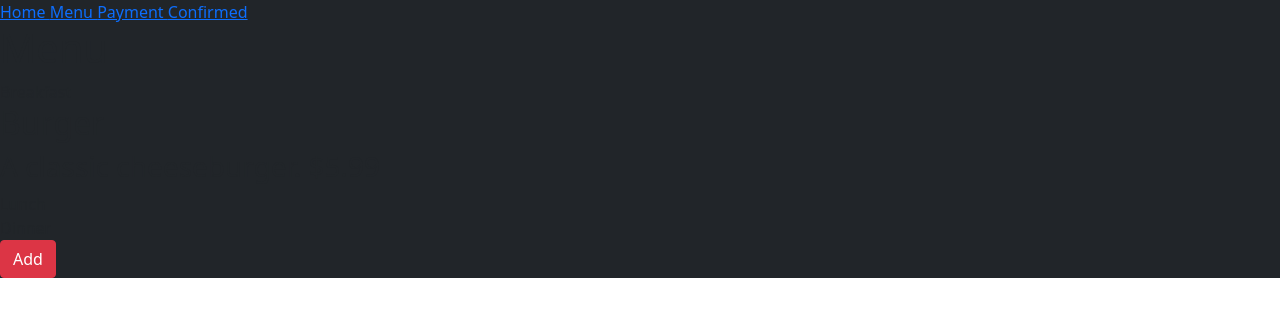
Repository: JoshuaN18/restaurantPOS
Page: /menu (app in Frontend/)
An editor plug-in stored every save of this project. The page is shown before and after the next save, followed by the edit.
The browser window is 1280 px wide. The pictures show the whole page.
The project was rebuilt for these pictures with package versions that can differ from the ones it lists, and the page was loaded fresh each time. Also part of the build but not shown: Frontend/src/App.css, Frontend/src/components/Homepage.js, Frontend/src/components/Payment.js, Frontend/src/components/Confirmation.js.

Above is the page before, as saved 2022-07-23 15:58:22.

### Frontend/public/index.html
<!DOCTYPE html>
<html lang="en">
  <head>
    <meta charset="utf-8" />
    <link rel="icon" href="%PUBLIC_URL%/favicon.ico" />
    <meta name="viewport" content="width=device-width, initial-scale=1" />
    <meta name="theme-color" content="#000000" />
    <meta
      name="description"
      content="Web site created using create-react-app"
    />
    <link rel="apple-touch-icon" href="%PUBLIC_URL%/logo192.png" />
    <!--
      manifest.json provides metadata used when your web app is installed on a
      user's mobile device or desktop. See https://developers.google.com/web/fundamentals/web-app-manifest/
    -->
    <link rel="manifest" href="%PUBLIC_URL%/manifest.json" />
    <!--
      Notice the use of %PUBLIC_URL% in the tags above.
      It will be replaced with the URL of the `public` folder during the build.
      Only files inside the `public` folder can be referenced from the HTML.

      Unlike "/favicon.ico" or "favicon.ico", "%PUBLIC_URL%/favicon.ico" will
      work correctly both with client-side routing and a non-root public URL.
      Learn how to configure a non-root public URL by running `npm run build`.
    -->
    <title>React App</title>
  </head>
  <body>
    <noscript>You need to enable JavaScript to run this app.</noscript>
    <div id="root"></div>
    <link href="https://cdn.jsdelivr.net/npm/bootstrap@5.1.3/dist/css/bootstrap.min.css" rel="stylesheet" integrity="sha384-1BmE4kWBq78iYhFldvKuhfTAU6auU8tT94WrHftjDbrCEXSU1oBoqyl2QvZ6jIW3" crossorigin="anonymous">
    <script src="https://cdn.jsdelivr.net/npm/bootstrap@5.1.3/dist/js/bootstrap.bundle.min.js" integrity="sha384-ka7Sk0Gln4gmtz2MlQnikT1wXgYsOg+OMhuP+IlRH9sENBO0LRn5q+8nbTov4+1p" crossorigin="anonymous"></script>
    <!--
      This HTML file is a template.
      If you open it directly in the browser, you will see an empty page.

      You can add webfonts, meta tags, or analytics to this file.
      The build step will place the bundled scripts into the <body> tag.

      To begin the development, run `npm start` or `yarn start`.
      To create a production bundle, use `npm run build` or `yarn build`.
    -->
  </body>
</html>

### Frontend/src/App.js
import './App.css';
import {BrowserRouter as Router, Routes, Route, Link} from 'react-router-dom';
import Homepage from './components/Homepage';
import Menu from './components/Menu';
import Payment from './components/Payment';
import Confirmation from './components/Confirmation';
function App() {
  return (
   //nav class is temporary. needed for testing purposes.
   <Router>
    <div className="bg-dark">
    <nav>
      <Link to="/">Home </Link>
      <Link to="/menu">Menu </Link>
      <Link to="/payment">Payment </Link>
      <Link to="/confirmed">Confirmed </Link>
    </nav>
    <Routes>
      <Route path="/"element={<Homepage/>}/>
      <Route path="/menu"element={<Menu/>}/>
      <Route path="/payment"element={<Payment/>}/>
      <Route path="/confirmed"element={<Confirmation/>}/>
    </Routes>
    </div>
   </Router>
  );
}

export default App;

### Frontend/src/components/Menu.js
import React from 'react'
import {Button} from 'react-bootstrap';
const Menu = () => {
  return (
    <div>
        <h1>Menu</h1>
        <div>Breakfast </div>
        <h2>Burger</h2>
        <h3>A classic cheeseburger. <span> $5.99 </span> </h3>
        <div>Lunch </div>
        <div>Dinner </div>
        <Button variant="danger">Add</Button>
    </div>
    // <!-- different sections for differernt types of food -->

    // <!-- each item will need a name, image (if possible), description and price and quantity and be able to be selected -->

   //  <!-- add button would be the price, with a quantity selector next to it -->

  )
}

export default Menu

Loaded but not shown: Frontend/src/index.js (common file); Frontend/src/index.css (common file)

After the next save:
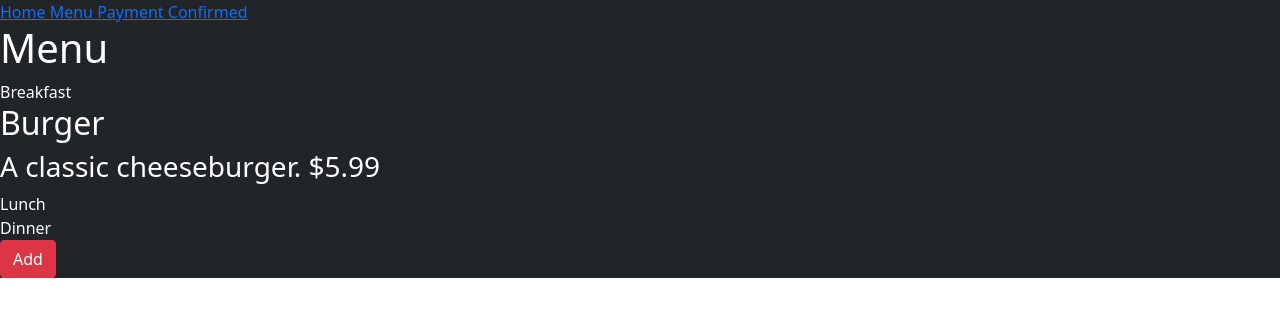
Saved 35 s later.
--- a/Frontend/src/App.js
+++ b/Frontend/src/App.js
@@ -8,7 +8,7 @@ function App() {
   return (
    //nav class is temporary. needed for testing purposes.
    <Router>
-    <div className="bg-dark">
+    <div className="bg-dark text-white">
     <nav>
       <Link to="/">Home </Link>
       <Link to="/menu">Menu </Link>
